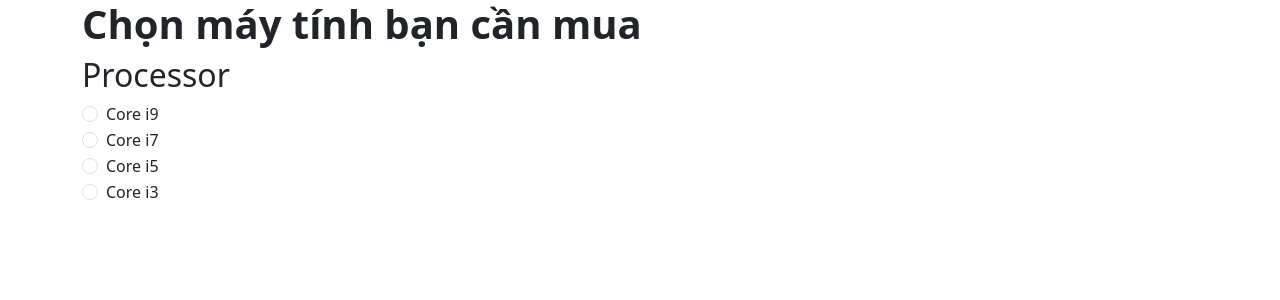
Repository: wuubangdev/bookstore-servlet-jsp
Page: http://localhost/Bai20_JSPCoban_TrangMuaHang/muaMayTinh.jsp
The author's editor kept a copy of each file at every save. The page is drawn from the files as they stood at one save, then again after the next save.
The browser window is 1280 px wide. The pictures show the whole page.
The page is served by Tomcat 9.

Above is the page before, as saved 2024-03-19 02:48:21.

### Bai20_JSPCoban_TrangMuaHang/src/main/webapp/muaMayTinh.jsp
<%@ page language="java" contentType="text/html; charset=UTF-8"
    pageEncoding="UTF-8"%>
<!DOCTYPE html>
<html>
<head>
<meta charset="UTF-8">
<title>PC</title>
<link href="https://cdn.jsdelivr.net/npm/bootstrap@5.3.3/dist/css/bootstrap.min.css" rel="stylesheet" integrity="sha384-QWTKZyjpPEjISv5WaRU9OFeRpok6YctnYmDr5pNlyT2bRjXh0JMhjY6hW+ALEwIH" crossorigin="anonymous">
<script src="https://cdn.jsdelivr.net/npm/bootstrap@5.3.3/dist/js/bootstrap.bundle.min.js" integrity="sha384-YvpcrYf0tY3lHB60NNkmXc5s9fDVZLESaAA55NDzOxhy9GkcIdslK1eN7N6jIeHz" crossorigin="anonymous"></script>
</head>
<body>
	<div class="container">
		<h1 style="font-weight: bold;">Chọn máy tính bạn cần mua</h1>
		<form id="form-1">
			<h2>Processor</h2>
			<div class="form-check">
			  <input class="form-check-input" type="radio" name="processor" id="corei9">
			  <label class="form-check-label" for="corei9">
			   Core i9
			  </label>
			</div>
			<div class="form-check">
			  <input class="form-check-input" type="radio" name="processor" id="corei7">
			  <label class="form-check-label" for="corei7">
			   Core i7
			  </label>
			</div>
			<div class="form-check">
			  <input class="form-check-input" type="radio" name="processor" id="corei3">
			  <label class="form-check-label" for="corei3">
			   Core i5
			  </label>
			</div>
			<div class="form-check">
			  <input class="form-check-input" type="radio" name="processor" id="corei3">
			  <label class="form-check-label" for="corei3">
			   Core i3
			  </label>
			</div>
		</form>
	</div>
</body>
</html>

After the next save:
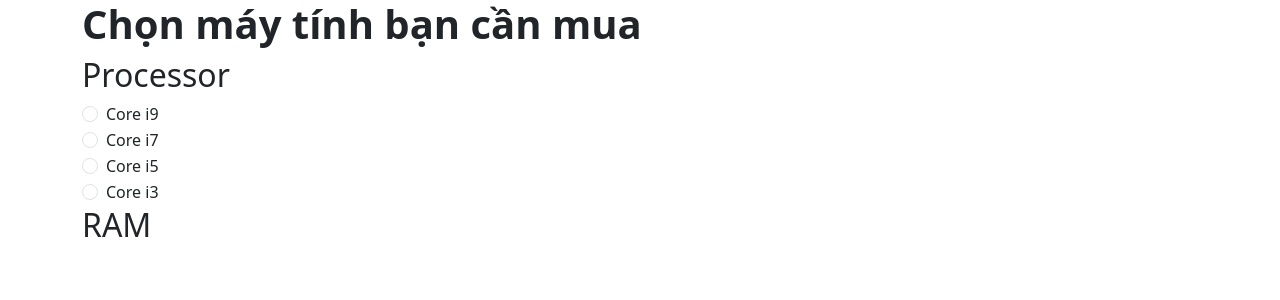
Saved 70 s later.
--- a/Bai20_JSPCoban_TrangMuaHang/src/main/webapp/muaMayTinh.jsp
+++ b/Bai20_JSPCoban_TrangMuaHang/src/main/webapp/muaMayTinh.jsp
@@ -37,6 +37,7 @@
 			   Core i3
 			  </label>
 			</div>
+			<h2>RAM</h2>
 		</form>
 	</div>
 </body>
